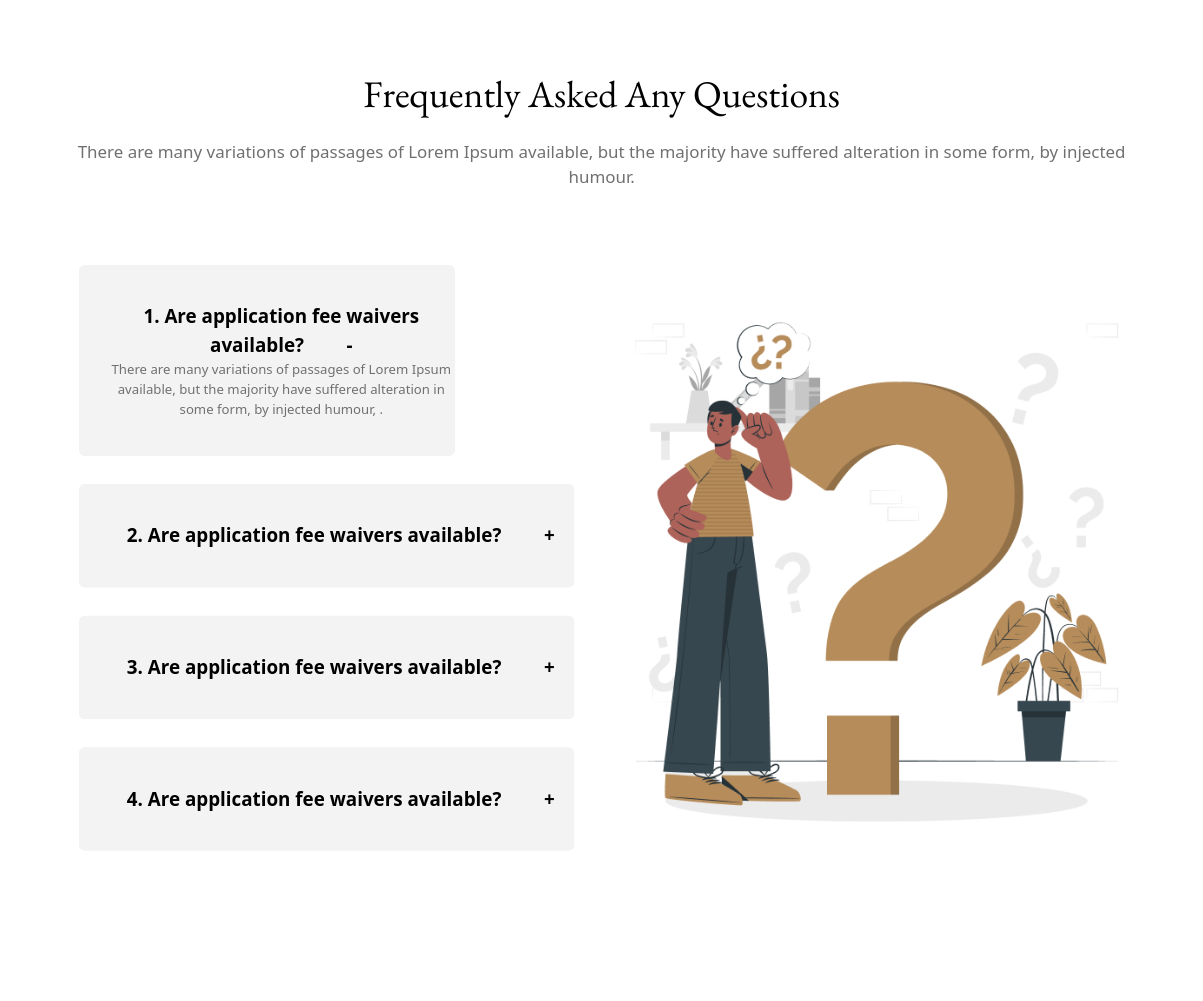
Repository: nahid-hasann/website-6
Page: index.html
An editor plug-in stored every save of this project. The page is shown before and after a run of saves, followed by the edit.
The browser window is 1280 px wide. The pictures show the whole page, at 94% of full size.

Above is the page before, as saved 2025-07-21 17:16:12.

After the next 2 saves:
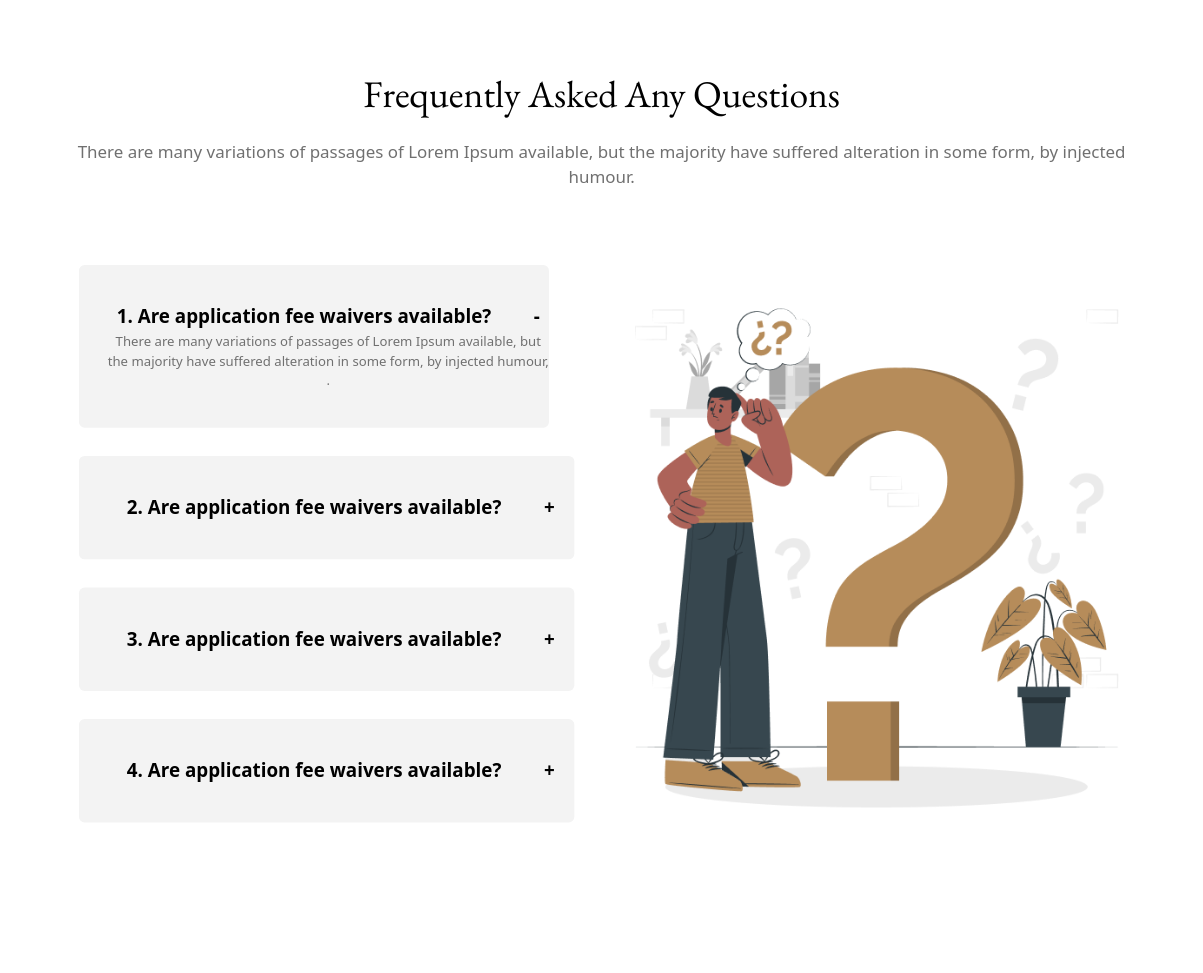
The 2 saves are shown as one change because they came seconds apart.
The last was saved 19 s later.
--- a/index.html
+++ b/index.html
@@ -104,7 +104,7 @@
 
          <div class="ques-img lg:flex lg:justify-around lg:items-center lg:mt-[80px] ">
              <div class="lg:w-[45%]">
-                 <div class=" bg-[#f3f3f3] pl-[30px] py-[40px] rounded-md mb-[30px] sm:text-center sm:w-[400px]">
+                 <div class=" bg-[#f3f3f3] pl-[30px] py-[40px] rounded-md mb-[30px] sm:text-center sm:w-[500px]">
                     <h1 class="lg:text-[18px] xl:text-[20px] font-extrabold ">1. Are application fee waivers available? <span class="ml-[40px]">-</span> </h1>
                     <p class="text-[#707070] lg:text-[14px]">There are many variations of passages of Lorem Ipsum available, but the majority have suffered alteration in some form, by injected humour, . </p>
                  </div>
